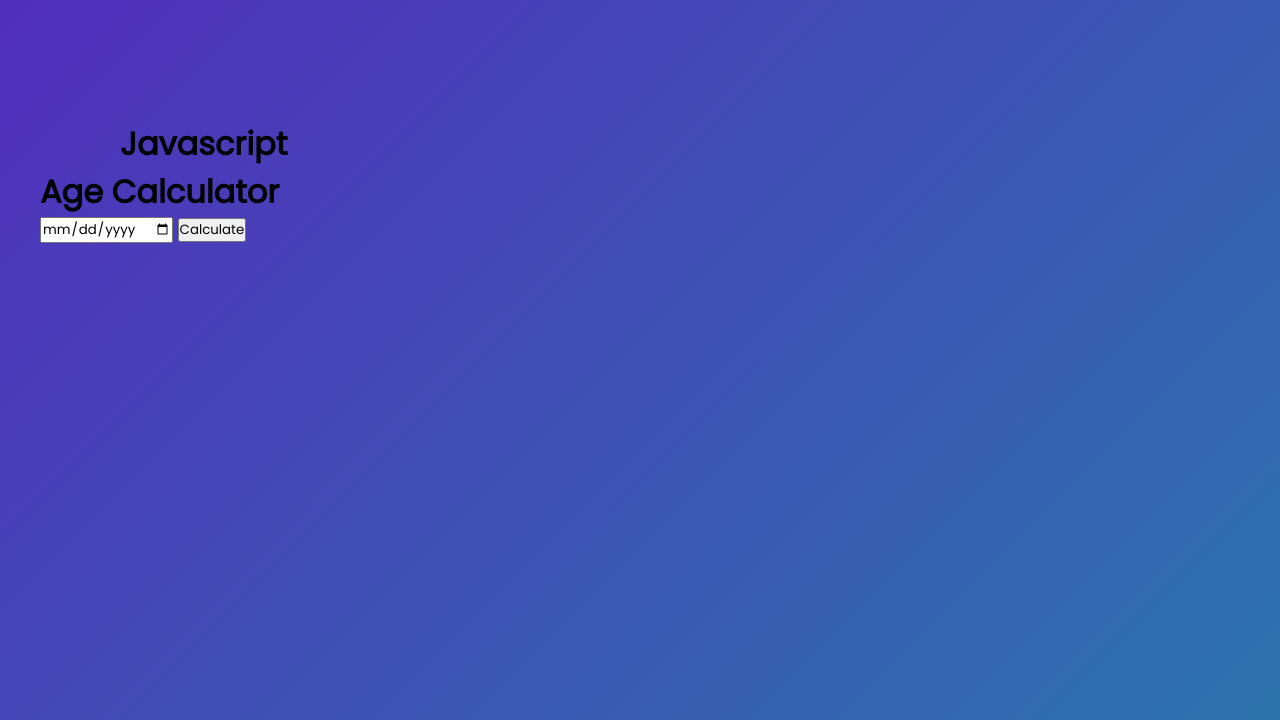
Repository: Ankitkr2021/Age-Calculator
Page: index.html
An editor plug-in stored every save of this project. The page is shown before and after the next save, followed by the edit.
The browser window is 1280 px wide. The pictures show the whole page.

Above is the page before, as saved 2025-10-05 10:22:48.

After the next save:
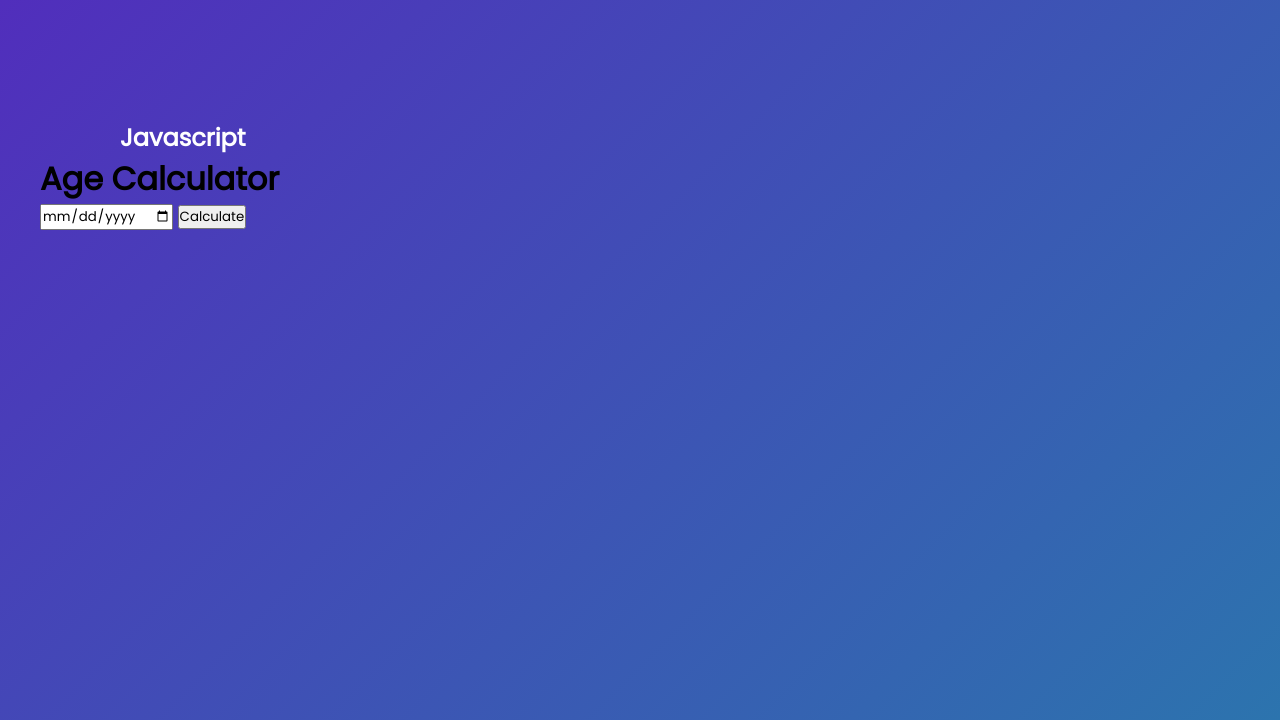
Saved 19 s later.
--- a/style.css
+++ b/style.css
@@ -22,5 +22,7 @@
 .js{
     padding-top: 80px;
     padding-left: 80px;
-
+    color: #fff;
+    font-size: 24px;
+    font-weight: 600;
 }
